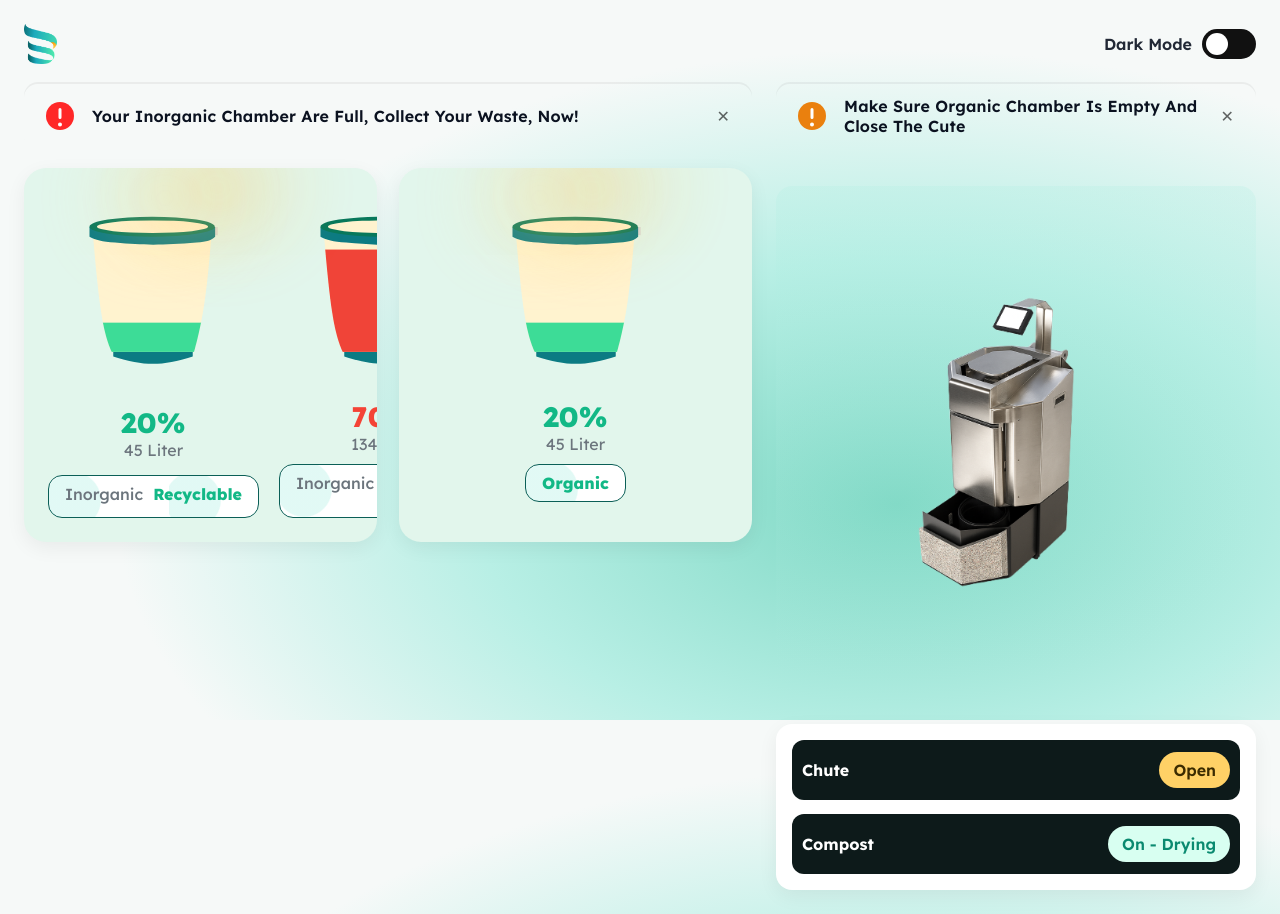
Repository: william-saputra/nusabin
Page: pages/homepage.html
The author's editor kept a copy of each file at every save. The page is drawn from the files as they stood at one save, then again after the next save.
The browser window is 1280 px wide. The pictures show the whole page.
Backgrounds fixed to the window are drawn as part of the page.

Above is the page before, as saved 2025-08-12 23:15:13.

### pages/homepage.html
<!DOCTYPE html>
<html lang="en">
  <head>
    <meta charset="UTF-8" />
    <meta name="viewport" content="width=device-width, initial-scale=1.0" />
    <title>Nusabin – Homepage</title>
    <link rel="preconnect" href="https://fonts.googleapis.com" />
    <link rel="preconnect" href="https://fonts.gstatic.com" crossorigin />
    <link href="https://fonts.googleapis.com/css2?family=Lexend:wght@400;500;600;700;800&family=Inter:wght@400;500;600;700;800&display=swap" rel="stylesheet" />
    <link rel="stylesheet" href="../styles/base.css" />
    <link rel="stylesheet" href="../styles/pages/homepage.css" />
  </head>
  <body>
    <div class="homepage no-nav">
      <header class="topbar no-nav">
        <img src="../assets/images/green_logo.png" alt="Nusabin" class="logo no-nav" />
        <div class="spacer no-nav"></div>
        <div class="theme-toggle no-nav">
          <span class="label no-nav">Dark Mode</span>
          <label class="switch no-nav">
            <input id="dark-toggle" class="no-nav" type="checkbox" />
            <span class="slider round no-nav"></span>
          </label>
        </div>
      </header>

      <main class="layout">
        <div class="left-col">
          <section class="alerts no-nav">
            <div class="alert pill no-nav" data-variant="danger" data-alert-id="left-alert">
              <svg class="alert-icon" viewBox="0 0 40 40" width="40" height="40" aria-hidden="true">
                <defs>
                  <clipPath id="alertClip-left-alert">
                    <circle id="alertCircle-left-alert" cx="20" cy="20" r="14" />
                  </clipPath>
                </defs>
                <g clip-path="url(#alertClip-left-alert)">
                  <rect x="0" y="0" width="40" height="40" fill="#FF2828"></rect>
                </g>
                <path id="alertMark-left-alert" d="M20 12a1.5 1.5 0 0 1 1.5 1.5v8a1.5 1.5 0 0 1-3 0v-8A1.5 1.5 0 0 1 20 12Zm0 14.5a2 2 0 1 1 0 4 2 2 0 0 1 0-4Z" fill="white"/>
              </svg>
              <div class="text no-nav">Your Inorganic Chamber Are Full, Collect Your Waste, Now!</div>
              <button class="close no-nav" data-dismiss>
                <span class="no-nav">&#10005;</span>
              </button>
            </div>
          </section>
          <div class="left-grid clickable-area" data-navigate>
          <div class="card card-buckets">
            <div class="bucket-group">
              <div class="bucket-item" data-id="inorganic_recyclable">
                <svg class="bucket-svg" viewBox="0 0 197 216" aria-labelledby="title-ir" role="img">
                  <title id="title-ir">Inorganic Recyclable</title>
                  <defs>
                    <clipPath id="cupShape-inorganic_recyclable">
                      <path d="M53.3367 175.048C43.8761 154.841 39.492 126.346 33.0561 49.7143L162.041 52.148C157.42 108.314 153.879 136.877 143.383 175.048C107.592 183.612 87.9058 183.201 53.3367 175.048Z" />
                    </clipPath>
                  </defs>
                  <path d="M53.3367 175.048C43.8761 154.841 39.492 126.346 33.0561 49.7143L162.041 52.148C157.42 108.314 153.879 136.877 143.383 175.048C107.592 183.612 87.9058 183.201 53.3367 175.048Z" fill="#FFF3CF" />
                  <rect id="cupFill-inorganic_recyclable" x="0" y="175" width="197" height="0" clip-path="url(#cupShape-inorganic_recyclable)" />
                  <path d="M55 179.937V175H142V179.937C107.725 190.783 88.6686 190.592 55 179.937Z" fill="#0C7B83" />
                  <rect x="166.097" y="38.3571" width="3.2449" height="8.92347" fill="#D9D9D9" />
                  <path d="M29 48.9031V38.3571H166.503V48.9031C162.244 52.8888 157.731 54.2809 146.222 55.3929C109.605 58.2432 89.8065 58.6723 56.9872 55.3929C42.0852 54.0832 36.1288 52.6188 29 48.9031Z" fill="#0C7B83" />
                  <ellipse cx="97.5485" cy="37.9515" rx="68.5485" ry="10.9515" fill="#08785B" />
                  <ellipse cx="97.9541" cy="37.9515" rx="60.8418" ry="6.89541" fill="#FFF3CF" />
                </svg>
                <div class="bucket-metrics">
                  <div class="percent" data-percent>0%</div>
                  <div class="liter" data-liter>0 Liter</div>
                </div>
                <div class="chip chip-positive"><span>Inorganic</span><strong>Recyclable</strong></div>
              </div>

              <div class="bucket-item" data-id="inorganic_non_recyclable">
                <svg class="bucket-svg" viewBox="0 0 197 216" aria-labelledby="title-inr" role="img">
                  <title id="title-inr">Inorganic Non-Recyclable</title>
                  <defs>
                    <clipPath id="cupShape-inorganic_non_recyclable">
                      <path d="M53.3367 175.048C43.8761 154.841 39.492 126.346 33.0561 49.7143L162.041 52.148C157.42 108.314 153.879 136.877 143.383 175.048C107.592 183.612 87.9058 183.201 53.3367 175.048Z" />
                    </clipPath>
                  </defs>
                  <path d="M53.3367 175.048C43.8761 154.841 39.492 126.346 33.0561 49.7143L162.041 52.148C157.42 108.314 153.879 136.877 143.383 175.048C107.592 183.612 87.9058 183.201 53.3367 175.048Z" fill="#FFF3CF" />
                  <rect id="cupFill-inorganic_non_recyclable" x="0" y="175" width="197" height="0" clip-path="url(#cupShape-inorganic_non_recyclable)" />
                  <path d="M55 179.937V175H142V179.937C107.725 190.783 88.6686 190.592 55 179.937Z" fill="#0C7B83" />
                  <rect x="166.097" y="38.3571" width="3.2449" height="8.92347" fill="#D9D9D9" />
                  <path d="M29 48.9031V38.3571H166.503V48.9031C162.244 52.8888 157.731 54.2809 146.222 55.3929C109.605 58.2432 89.8065 58.6723 56.9872 55.3929C42.0852 54.0832 36.1288 52.6188 29 48.9031Z" fill="#0C7B83" />
                  <ellipse cx="97.5485" cy="37.9515" rx="68.5485" ry="10.9515" fill="#08785B" />
                  <ellipse cx="97.9541" cy="37.9515" rx="60.8418" ry="6.89541" fill="#FFF3CF" />
                </svg>
                <div class="bucket-metrics">
                  <div class="percent" data-percent>0%</div>
                  <div class="liter" data-liter>0 Liter</div>
                </div>
                <div class="chip chip-negative"><span>Inorganic</span><strong>Non-Recyclable</strong></div>
              </div>
            </div>
          </div>

          <div class="card card-bucket-single">
            <div class="bucket-item" data-id="organic">
              <svg class="bucket-svg" viewBox="0 0 197 216" aria-labelledby="title-org" role="img">
                <title id="title-org">Organic</title>
                <defs>
                  <clipPath id="cupShape-organic">
                    <path d="M53.3367 175.048C43.8761 154.841 39.492 126.346 33.0561 49.7143L162.041 52.148C157.42 108.314 153.879 136.877 143.383 175.048C107.592 183.612 87.9058 183.201 53.3367 175.048Z" />
                  </clipPath>
                </defs>
                <path d="M53.3367 175.048C43.8761 154.841 39.492 126.346 33.0561 49.7143L162.041 52.148C157.42 108.314 153.879 136.877 143.383 175.048C107.592 183.612 87.9058 183.201 53.3367 175.048Z" fill="#FFF3CF" />
                <rect id="cupFill-organic" x="0" y="175" width="197" height="0" clip-path="url(#cupShape-organic)" />
                <path d="M55 179.937V175H142V179.937C107.725 190.783 88.6686 190.592 55 179.937Z" fill="#0C7B83" />
                <rect x="166.097" y="38.3571" width="3.2449" height="8.92347" fill="#D9D9D9" />
                <path d="M29 48.9031V38.3571H166.503V48.9031C162.244 52.8888 157.731 54.2809 146.222 55.3929C109.605 58.2432 89.8065 58.6723 56.9872 55.3929C42.0852 54.0832 36.1288 52.6188 29 48.9031Z" fill="#0C7B83" />
                <ellipse cx="97.5485" cy="37.9515" rx="68.5485" ry="10.9515" fill="#08785B" />
                <ellipse cx="97.9541" cy="37.9515" rx="60.8418" ry="6.89541" fill="#FFF3CF" />
              </svg>
              <div class="bucket-metrics">
                <div class="percent" data-percent>0%</div>
                <div class="liter" data-liter>0 Liter</div>
              </div>
              <div class="chip chip-positive"><strong>Organic</strong></div>
            </div>
          </div>
          </div>
        </div>

        <aside class="right-panel">
          <section class="alerts no-nav">
            <div class="alert pill no-nav" data-variant="warning" data-alert-id="right-alert">
              <svg class="alert-icon" viewBox="0 0 40 40" width="40" height="40" aria-hidden="true">
                <defs>
                  <clipPath id="alertClip-right-alert">
                    <circle id="alertCircle-right-alert" cx="20" cy="20" r="14" />
                  </clipPath>
                </defs>
                <g clip-path="url(#alertClip-right-alert)">
                  <rect x="0" y="0" width="40" height="40" fill="#EA800E"></rect>
                </g>
                <path id="alertMark-right-alert" d="M20 12a1.5 1.5 0 0 1 1.5 1.5v8a1.5 1.5 0 0 1-3 0v-8A1.5 1.5 0 0 1 20 12Zm0 14.5a2 2 0 1 1 0 4 2 2 0 0 1 0-4Z" fill="white"/>
              </svg>
              <div class="text no-nav">Make Sure Organic Chamber Is Empty And Close The Cute</div>
              <button class="close no-nav" data-dismiss>
                <span class="no-nav">&#10005;</span>
              </button>
            </div>
          </section>
          <div class="machine-wrapper">
            <img src="../assets/images/machine.png" alt="Machine" class="machine" />
          </div>
          <div class="status-panel no-nav">
            <div class="status-row no-nav">
              <div class="label no-nav">Chute</div>
              <div class="status-pill status-open no-nav">Open</div>
            </div>
            <div class="status-row no-nav">
              <div class="label no-nav">Compost</div>
              <div class="status-pill status-on no-nav">On - Drying</div>
            </div>
          </div>
        </aside>
      </main>
    </div>

    <script src="../scripts/theme.js"></script>
    <script src="../scripts/main.js"></script>
  </body>
  </html>

### styles/base.css
:root {
  --bg: #f6f9f8;
  --card: #ffffff;
  --text: #0b1220;
  --muted: #6b7280;
  --primary: #1cb59b;
  --danger: #e53935;
  --warning: #ffb74d;
  --ring: rgba(28, 181, 155, 0.35);
}

* { box-sizing: border-box; }
html, body { height: 100%; }
body {
  margin: 0;
  font-family: Lexend, Inter, system-ui, -apple-system, Segoe UI, Roboto, Helvetica, Arial, "Apple Color Emoji", "Segoe UI Emoji";
  color: var(--text);
  background: radial-gradient(1200px 700px at 70% 70%, #7ed8c4 0%, #b8efe5 35%, #f6f9f8 65%) no-repeat fixed;
}

/* Generic layout */
.homepage { padding: 24px; }
.topbar { display: flex; align-items: center; gap: 16px; }
.spacer { flex: 1 1 auto; }
.logo { height: 40px; }

.theme-toggle { display: flex; align-items: center; gap: 10px; font-weight: 600; }
.theme-toggle .label { opacity: 0.9; }

/* Toggle */
.switch { position: relative; display: inline-block; width: 54px; height: 30px; }
.switch input { display: none; }
.slider { position: absolute; cursor: pointer; top: 0; left: 0; right: 0; bottom: 0; background: #111; transition: .2s; border-radius: 999px; }
.slider:before { position: absolute; content: ""; height: 22px; width: 22px; left: 4px; bottom: 4px; background: #fff; transition: .2s; border-radius: 50%; }
input:checked + .slider { background: #cdd2d6; }
input:checked + .slider:before { transform: translateX(24px); }

/* Alerts */
.alerts { display: grid; grid-template-columns: 1fr; gap: 12px; margin: 18px 0; }
.alert { display: grid; grid-template-columns: auto 1fr auto; align-items: center; gap: 12px; padding: 14px 16px; border-radius: 14px; box-shadow: 0 2px 0 rgba(0,0,0,.05) inset; }
.alert .icon { font-size: 18px; }
.icon-svg { width: 28px; height: 28px; background: currentColor; -webkit-mask: url('../assets/icons/alert.svg') center/contain no-repeat; mask: url('../assets/icons/alert.svg') center/contain no-repeat; }
.alert .text { font-weight: 600; letter-spacing: .2px; }
.alert .close { appearance: none; border: 0; background: transparent; cursor: pointer; opacity: 0.6; font-size: 16px; }
.alert-danger { background: #fee2e2; color: #b42318; }
.alert-warning { background: #fff4e5; color: #b35c00; }

/* Main layout */
.layout { display: grid; grid-template-columns: 1fr 480px; gap: 24px; align-items: start; }
.left-col { display: block; }
.left-grid { display: grid; grid-template-columns: 1fr 1fr; gap: 22px; }

.card { background: var(--card); border-radius: 22px; padding: 24px; box-shadow: 0 6px 20px rgba(0,0,0,.06); position: relative; overflow: hidden; }
.card::before, .card::after { content: ""; position: absolute; pointer-events: none; border-radius: 50%; filter: blur(40px); opacity: 0.9; }
.card::before { width: 260px; height: 180px; top: -70px; right: 30px; background: radial-gradient(closest-side, rgba(255,189,57,0.55), rgba(255,189,57,0) 70%); }
.card::after  { width: 220px; height: 160px; top: -50px; left: 40%; transform: translateX(-50%); background: radial-gradient(closest-side, rgba(255,225,149,0.55), rgba(255,225,149,0) 70%); }
.card-buckets { display: block; background: #E2F6EC; }
.card-bucket-single { display: block; background: #E2F6EC; }

.bucket-group { display: grid; grid-template-columns: 1fr 1fr; gap: 20px; }
.bucket-item { display: grid; justify-items: center; gap: 10px; }
.bucket-svg { width: 100%; max-width: 180px; height: auto; display: block; }
.bucket-static { pointer-events: none; }

.bucket-metrics { text-align: center; }
.bucket-metrics .percent { font-weight: 800; font-size: 28px; color: #12B886; }
.bucket-metrics .percent.danger { color: #F44336; }
.bucket-metrics .liter { color: #6C757D; font-size: 16px; }

.chip { display: inline-flex; align-items: baseline; gap: 10px; padding: 10px 16px; border-radius: 14px; background: #fff; border: 1.5px solid #0B5F57; font-size: 16px; line-height: 1; min-height: 36px; }
.chip span { color: #6C757D; font-weight: 500; }
.chip strong { font-weight: 800; }
.chip-positive strong { color: #12B886; }
.chip-negative strong { color: #F44336; }
.chip {
  background-image: radial-gradient(circle at 20% 20%, rgba(13, 207, 173, 0.12) 0 20%, rgba(13, 207, 173, 0) 21%),
                    radial-gradient(circle at 80% 60%, rgba(13, 207, 173, 0.12) 0 20%, rgba(13, 207, 173, 0) 21%);
  background-size: 120px 120px, 140px 140px;
}

.right-panel { display: grid; grid-template-rows: 1fr auto; gap: 18px; }
.machine-wrapper { display: grid; place-items: center; background: linear-gradient(180deg, rgba(176,238,226,.25), rgba(255,255,255,0)); border-radius: 16px; min-height: 520px; }
.machine { max-width: 100%; height: auto; object-fit: contain; }

.status-panel { background: var(--card); border-radius: 16px; padding: 16px; box-shadow: 0 6px 20px rgba(0,0,0,.06); display: grid; gap: 12px; }
.status-row { display: flex; align-items: center; justify-content: space-between; padding: 12px 10px; background: #0d1a1a; border-radius: 12px; color: white; }
.status-row .label { font-weight: 700; }
.status-pill { background: #1d2a2a; border-radius: 999px; padding: 8px 14px; font-weight: 600; }
.status-open { background: #ffd166; color: #3b2b00; }
.status-on { background: #d8fff1; color: #0a8a70; }

.clickable-area { cursor: pointer; }

/* Dark mode */
.dark body, body.dark { background: radial-gradient(1200px 700px at 70% 70%, #0e3c3b 0%, #0f6b61 35%, #071b1a 65%); color: #e5f6f1; }
body.dark .card, body.dark .status-panel { background: #0a1414; color: #e6f5f1; }
body.dark .chip { background: #08201c; border-color: #0f3f36; }
body.dark .bucket-metrics .percent { color: #55e3c7; }
body.dark .status-row { background: #051010; }
body.dark .status-pill { background: #0b2a26; }

/* Utilities for specific wrappers that shouldn't navigate */
.no-nav { pointer-events: auto; }

@media (max-width: 1100px) {
  .layout { grid-template-columns: 1fr; }
  .right-panel { order: -1; }
}

### styles/pages/homepage.css
/* Page-specific fine-tuning for Homepage */
.homepage .card-buckets { background: #E2F6EC; }
.homepage .card-bucket-single { background: #E2F6EC; }

.homepage .bucket-item .bucket { filter: drop-shadow(0 10px 24px rgba(0,0,0,.08)); }
.homepage .bucket-item .percent { letter-spacing: .3px; }

.right-panel .status-panel { gap: 14px; }

### scripts/theme.js
(function () {
  const toggle = document.getElementById('dark-toggle');
  if (!toggle) return;

  const apply = (isDark) => {
    document.body.classList.toggle('dark', isDark);
    try { localStorage.setItem('theme-dark', isDark ? '1' : '0'); } catch (_) {}
  };

  // Restore previous preference
  let stored = null;
  try { stored = localStorage.getItem('theme-dark'); } catch (_) {}
  apply(stored === '1');
  toggle.checked = stored === '1';

  toggle.addEventListener('change', () => apply(toggle.checked));
})();

### scripts/main.js
(function () {
  const root = document;

  // Navigate to detail when clicking anywhere on the left grid
  const clickable = root.querySelector('.clickable-area');
  if (clickable) {
    clickable.addEventListener('click', function (ev) {
      const target = ev.target;
      if (target && (target.closest('[data-dismiss]') || target.closest('.switch') || target.closest('.status-panel') || target.closest('.alerts'))) return;
      window.location.href = '../pages/detail.html';
    });
  }

  // Close alert buttons
  root.querySelectorAll('[data-dismiss]').forEach((btn) => {
    btn.addEventListener('click', (e) => {
      e.stopPropagation();
      const alert = btn.closest('.alert');
      if (alert) alert.remove();
    });
  });

  // Data dummy hardcoded
  const data = {
    inorganic_recyclable: { level: 20, volume: 45 },
    inorganic_non_recyclable: { level: 70, volume: 134 },
    organic: { level: 20, volume: 45 }
  };

  // Update function per spec
  function updateFill(binId, percent, volumeLiters) {
    const rect = root.getElementById('cupFill-' + binId);
    if (!rect) return;
    // Using actual bucket.svg coordinates: baseY aligns with ~175 (bottom of cup path), contentHeight approximated to inner cup height
    const contentHeight = 160; // adjustable based on real cup inner height
    const baseY = 175;
    const p = Math.max(0, Math.min(100, percent));
    const newHeight = (p / 100) * contentHeight;
    const newY = baseY - newHeight;
    rect.setAttribute('height', String(newHeight));
    rect.setAttribute('y', String(newY));
    rect.setAttribute('fill', p >= 70 ? '#F04438' : '#3DDC97');

    const item = root.querySelector('.bucket-item[data-id="' + binId + '"]');
    if (!item) return;
    const percentEl = item.querySelector('[data-percent]');
    const literEl = item.querySelector('[data-liter]');
    if (percentEl) {
      percentEl.textContent = p + '%';
      percentEl.classList.toggle('danger', p >= 70);
    }
    if (literEl) literEl.textContent = volumeLiters + ' Liter';
  }

  // Initialize
  Object.entries(data).forEach(([id, val]) => {
    updateFill(id, val.level, val.volume);
  });
})();

After the next save:
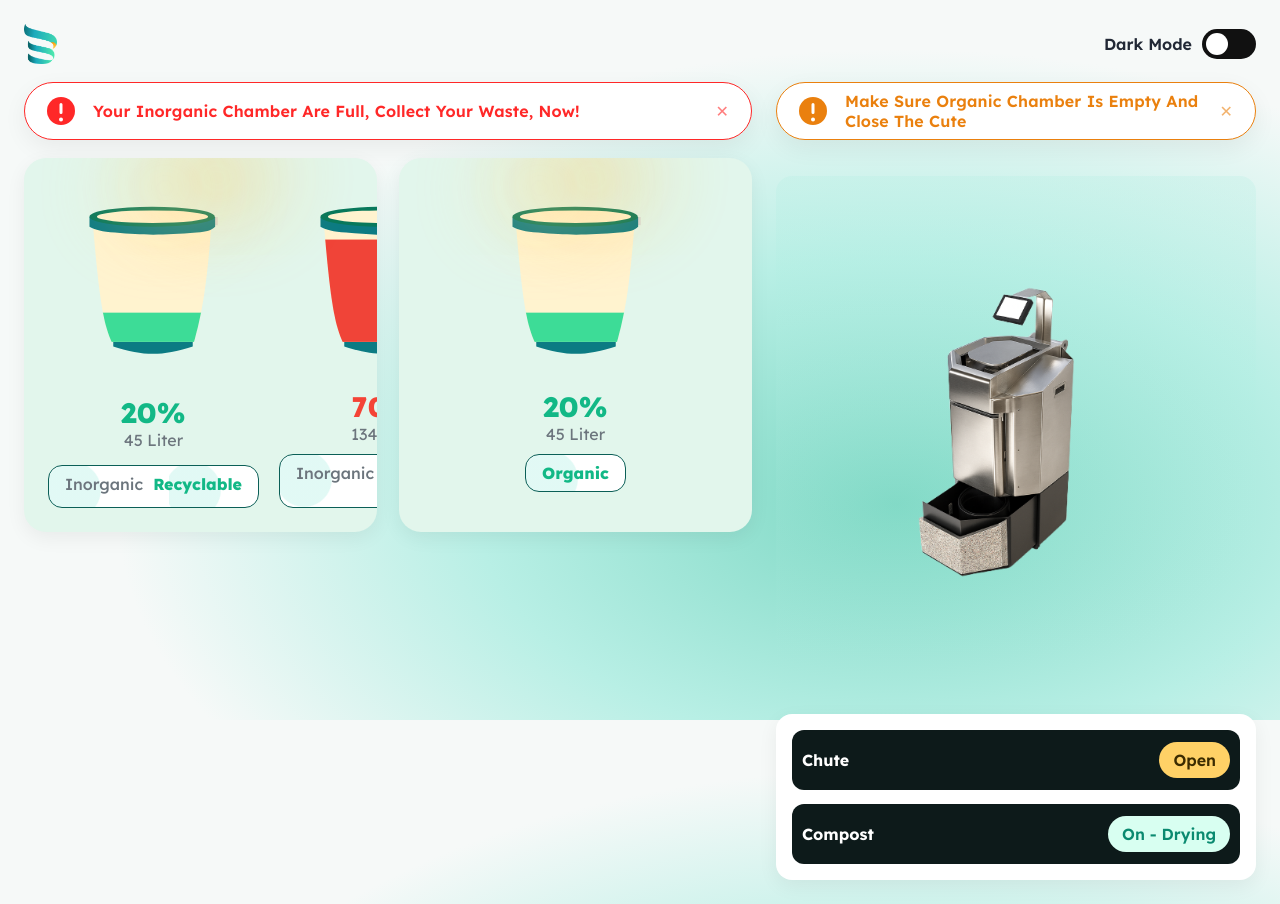
Saved 16 s later.
--- a/styles/base.css
+++ b/styles/base.css
@@ -37,13 +37,12 @@ input:checked + .slider:before { transform: translateX(24px); }
 
 /* Alerts */
 .alerts { display: grid; grid-template-columns: 1fr; gap: 12px; margin: 18px 0; }
-.alert { display: grid; grid-template-columns: auto 1fr auto; align-items: center; gap: 12px; padding: 14px 16px; border-radius: 14px; box-shadow: 0 2px 0 rgba(0,0,0,.05) inset; }
-.alert .icon { font-size: 18px; }
-.icon-svg { width: 28px; height: 28px; background: currentColor; -webkit-mask: url('../assets/icons/alert.svg') center/contain no-repeat; mask: url('../assets/icons/alert.svg') center/contain no-repeat; }
+.alert { display: grid; grid-template-columns: auto 1fr auto; align-items: center; gap: 12px; padding: 8px 16px; border-radius: 50px; box-shadow: 0 8px 24px rgba(0,0,0,.06); font-family: Lexend, Inter, sans-serif; border: 1px solid currentColor; }
 .alert .text { font-weight: 600; letter-spacing: .2px; }
-.alert .close { appearance: none; border: 0; background: transparent; cursor: pointer; opacity: 0.6; font-size: 16px; }
-.alert-danger { background: #fee2e2; color: #b42318; }
-.alert-warning { background: #fff4e5; color: #b35c00; }
+.alert .close { appearance: none; border: 0; background: transparent; cursor: pointer; opacity: 0.6; font-size: 16px; color: inherit; }
+.alert.pill[data-variant="danger"] { color: #FF2828; background: #fff; }
+.alert.pill[data-variant="warning"] { color: #EA800E; background: #fff; }
+.alert-icon { flex: 0 0 auto; width: 40px; height: 40px; }
 
 /* Main layout */
 .layout { display: grid; grid-template-columns: 1fr 480px; gap: 24px; align-items: start; }
